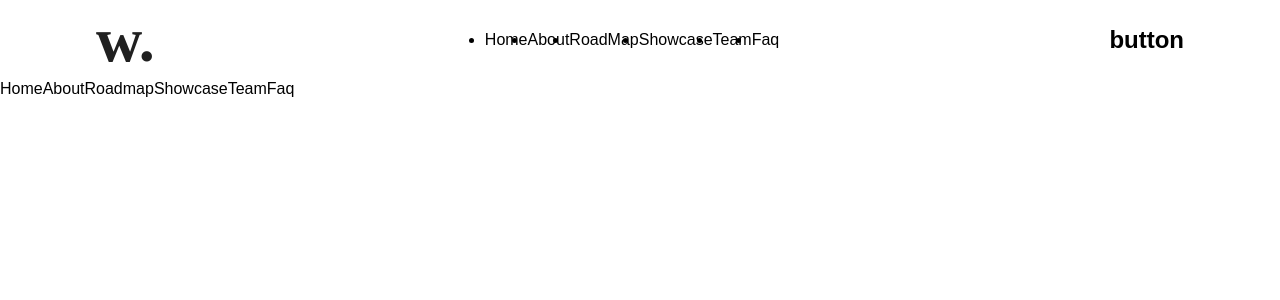
Repository: guilhermecardoso93/The-Weirdos-NFT-Website-Starter-Code
Page: /
An editor plug-in stored every save of this project. The page is shown before and after the next save, followed by the edit.
The browser window is 1280 px wide. The pictures show the whole page.
Some web fonts or font styles are not loaded; a fallback is used. The project was rebuilt for these pictures with package versions that can differ from the ones it lists, and the page was loaded fresh each time.

Above is the page before, as saved 2023-11-13 20:56:04.

After the next save:
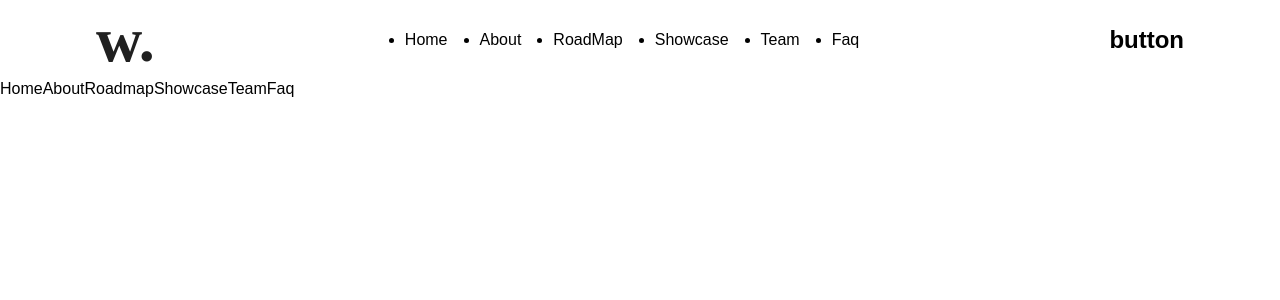
Saved 6 min 13 s later.
--- a/src/components/Navigation/style.js
+++ b/src/components/Navigation/style.js
@@ -19,4 +19,9 @@
   display: flex;
   justify-content: space-between;
   align-items: center;
+
+  li {
+    margin: 0 1rem;
+
+  }
 `
